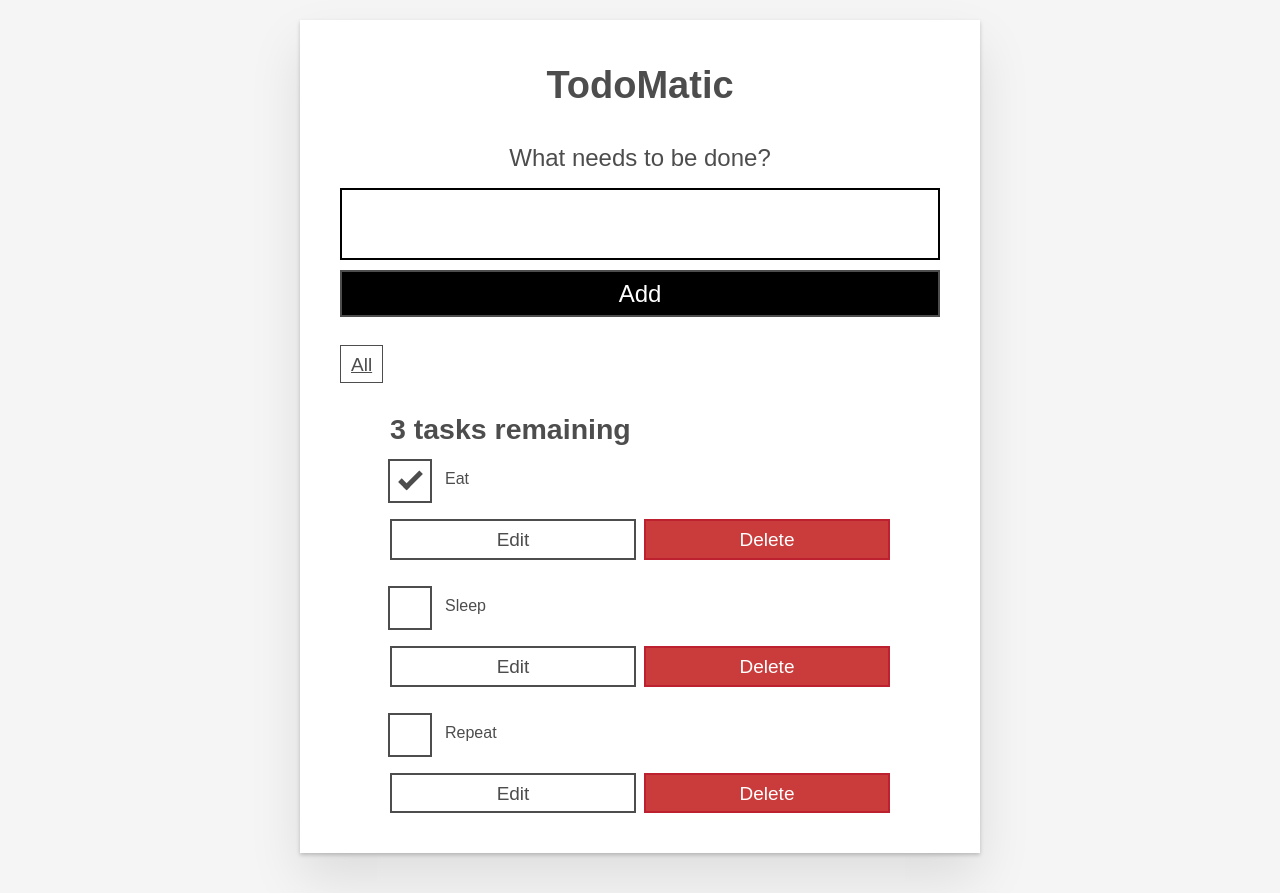
Repository: DevLaukey/todo
Page: /
An editor plug-in stored every save of this project. The page is shown before and after the next save, followed by the edit.
The browser window is 1280 px wide. The pictures show the whole page.
The project was rebuilt for these pictures with package versions that can differ from the ones it lists, and the page was loaded fresh each time.

Above is the page before, as saved 2022-05-26 16:21:15.

After the next save:
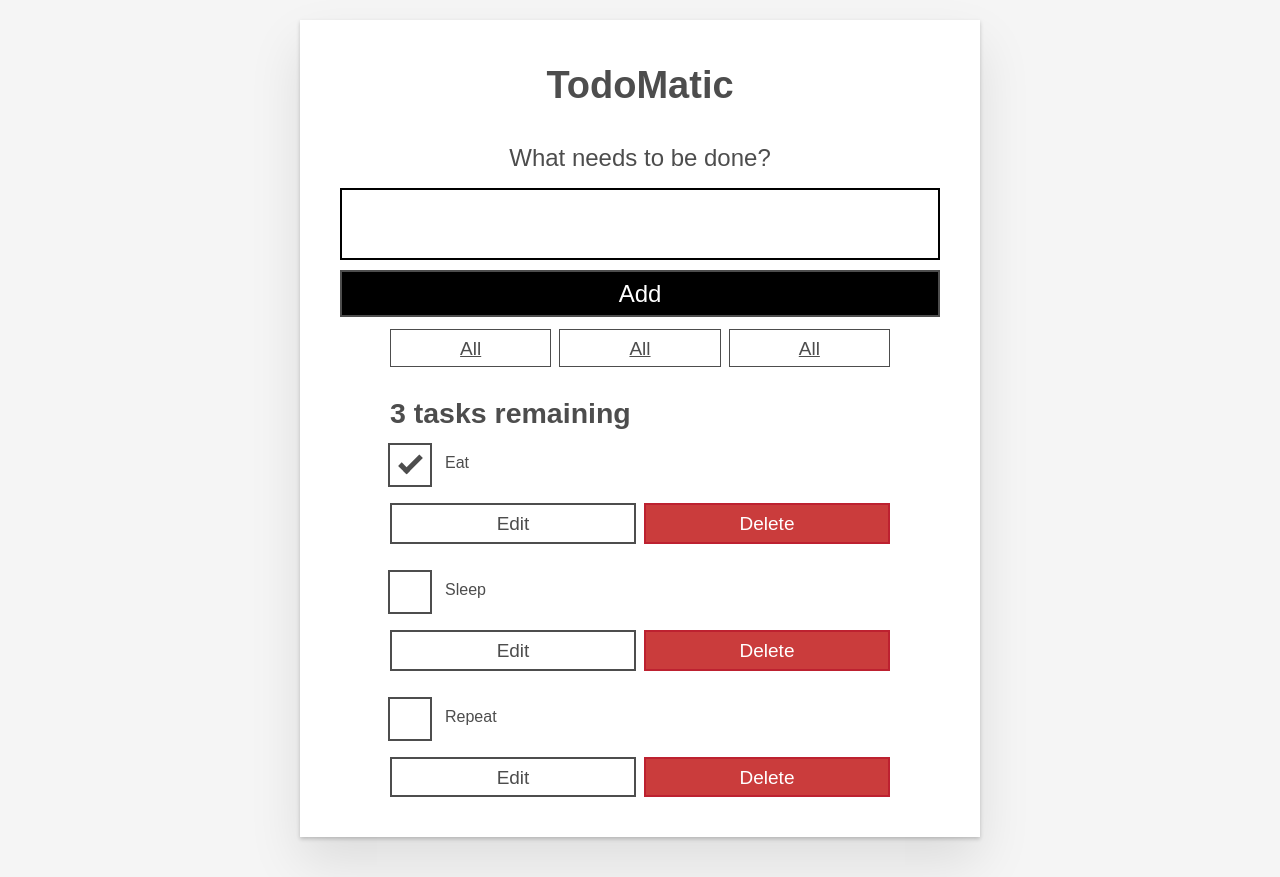
Saved 89 s later.
--- a/src/App.js
+++ b/src/App.js
@@ -16,8 +16,12 @@ const taskList = props.tasks?.map((task) => (
   return (
     <div className="todoapp stack-large">
       <h1>TodoMatic</h1>
-    <Form />
-      <FilterButton />
+      <Form />
+      <div className="filters btn-group stack-exception">
+        <FilterButton />
+        <FilterButton />
+        <FilterButton />
+      </div>
       <h2 id="list-heading">3 tasks remaining</h2>
       <ul
         className="todo-list stack-large stack-exception"
